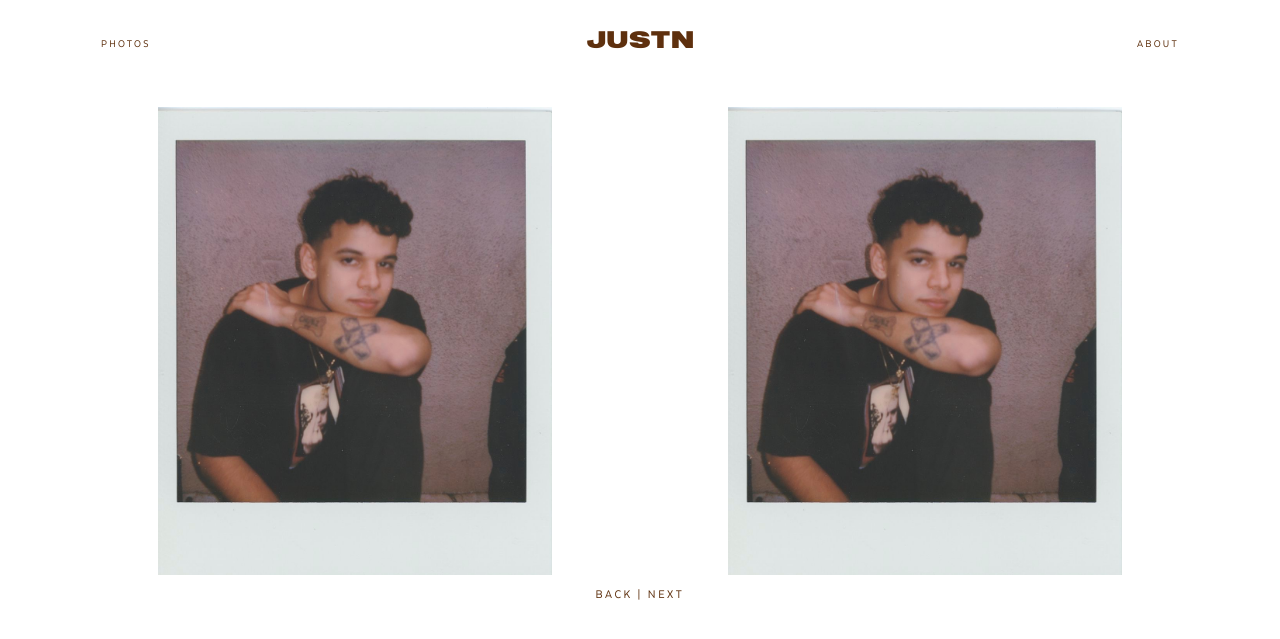
Repository: AviMKabir/justn_2020
Page: about.html
An editor plug-in stored every save of this project. The page is shown before and after the next save, followed by the edit.
The browser window is 1280 px wide. The pictures show the whole page.

Above is the page before, as saved 2020-12-06 17:57:23.

### about.html
<!DOCTYPE html>
<html lang="en">

<head>
    <meta charset="UTF-8">
    <meta name="viewport" content="width=device-width, initial-scale=1.0">
    <link rel="stylesheet" href="https://cdn.jsdelivr.net/npm/bootstrap@4.5.3/dist/css/bootstrap.min.css"
        integrity="sha384-TX8t27EcRE3e/ihU7zmQxVncDAy5uIKz4rEkgIXeMed4M0jlfIDPvg6uqKI2xXr2" crossorigin="anonymous">
    <link rel="stylesheet" href="./CSS/style.css">
    <title>JUSTN</title>
</head>



<body>

    <div class="container">

        <nav class="navbar navbar-expand-md navbar-light hide-for-mobile">
            <div class="navbar-collapse collapse w-100 order-1 order-md-0 dual-collapse2">
                <ul class="navbar-nav mr-auto">
                    <li class="nav-item">
                        <a class="nav-link-new" href="#" role="button" id="dropdownMenuLink" data-toggle="dropdown"
                            aria-haspopup="true" aria-expanded="false">
                            PHOTOS
                        </a>

                        <div class="dropdown-menu" aria-labelledby="dropdownMenuLink">
                            <a class="dropdown-item" href="./portraits.html">- PORTRAITS</a>
                            <a class="dropdown-item" href="./blur.html">- BLUR</a>
                            <a class="dropdown-item" href="./misc.html">- MISC</a>
                        </div>
                    </li>

                </ul>
            </div>
            <div class="mx-auto order-0 nav-pad">
                <a class="navbar-brand-new mx-auto" href="./index.html">JUSTN</a>
                <button class="navbar-toggler" type="button" data-toggle="collapse" data-target=".dual-collapse2">
                    <span class="navbar-toggler-icon"></span>
                </button>
            </div>
            <div class="navbar-collapse collapse w-100 order-3 dual-collapse2">
                <ul class="navbar-nav ml-auto">
                    <li class="nav-item">
                        <a class="nav-link-new" href="#">ABOUT</a>
                    </li>

                </ul>
            </div>
        </nav>

    </div>


    <!-- mobile nav -->
    <nav class="navbar navbar-expand-md navbar-light show-for-mobile">
        <a class="navbar-brand-new " href="./index.html">JUSTN</a>
        <button class="navbar-toggler" type="button" data-toggle="collapse" data-target="#navbarNavDropdown"
            aria-controls="navbarNavDropdown" aria-expanded="false" aria-label="Toggle navigation">
            <span class="navbar-toggler-icon"></span>
        </button>
        <div class="collapse navbar-collapse center-page" id="navbarNavDropdown">
            <ul class="navbar-nav">


                <li class="nav-item dropdown mx-auto ">
                    <a class="nav-link-new-active" href="#" role="button" id="dropdownMenuLink" data-toggle="dropdown"
                        aria-haspopup="true" aria-expanded="false">
                        PHOTOS
                    </a>
                    <!-- <div class="dropdown-menu mx-auto" aria-labelledby="dropdownMenuLink">
                        <a class="dropdown-item mx-auto" href="#">- NEW YORK</a>
                        <a class="dropdown-item mx-auto" href="#">- CALIFORNIA</a>
                        <a class="dropdown-item mx-auto" href="#">- FLORIDA</a>
                    </div> -->
                </li>
                <li class="nav-item mx-auto">
                    <a class="nav-link-new" href="./new-york.html">- PORTRAITS</a>
                </li>
                <li class="nav-item mx-auto">
                    <a class="nav-link-new" href="./california.html">- BLUR</a>
                </li>
                <li class="nav-item mx-auto">
                    <a class="nav-link-new" href="./florida.html">- MISC</a>
                </li>
                <li class="nav-item mx-auto">
                    <a class="nav-link-new" href="#">ABOUT</a>
                </li>
            </ul>
        </div>
    </nav>
    <!-- mobile nav -->

    <!-- slideshow -->

    <div class="container">

        <div id="carouselExampleControls" class="carousel  slideshow-bump  " data-ride="carousel" data-interval="false"
            data-keyboard="true">
            <div class="carousel-inner">
                <div class="carousel-item active">
                    <div class="row">
                        <div class="col">
                        <img class="d-block " src="./img/about.jpg">
                        </div>
                        <div class="col">
                        <img class="d-block " src="./img/about.jpg">
                        </div>
                    </div>
                </div>
            </div>
        </div>

        <div class="controls text-center">
            <span class="controls-new" href="#carouselExampleControls" role="button" data-slide="prev">
                BACK
            </span>
            <span class="controls-new">
                |
            </span>
            <span class="controls-new" href="#carouselExampleControls" role="button" data-slide="next">
                NEXT
            </span>
        </div>




    </div>




    <script src="https://code.jquery.com/jquery-3.5.1.slim.min.js"
        integrity="sha384-DfXdz2htPH0lsSSs5nCTpuj/zy4C+OGpamoFVy38MVBnE+IbbVYUew+OrCXaRkfj"
        crossorigin="anonymous"></script>
    <script src="https://cdn.jsdelivr.net/npm/bootstrap@4.5.3/dist/js/bootstrap.bundle.min.js"
        integrity="sha384-ho+j7jyWK8fNQe+A12Hb8AhRq26LrZ/JpcUGGOn+Y7RsweNrtN/tE3MoK7ZeZDyx"
        crossorigin="anonymous"></script>

    <script>
        $(document).keydown(function (e) {
            if (e.keyCode === 37) {
                // Previous
                $(".carousel-control.left").click();
                return false;
            }
            if (e.keyCode === 39) {
                // Next
                $(".carousel-control.right").click();
                return false;
            }
        });
    </script>

</body>



</html>

### CSS/style.css
@font-face {
    font-family: annonce;
    src: url(../fonts/annonce_w01_regular-webfont.woff);
}

@font-face {
    font-family: textanArrow;
    src: url(../fonts/textanarrow-regular-webfont.woff);
}

@font-face {
    font-family: textanArrowIt;
    src: url(../fonts/textanarrow-it-webfont.woff);
}

a {
    -o-transition: .5s;
    -ms-transition: .5s;
    -moz-transition: .5s;
    -webkit-transition: .5s;
    /* ...and now for the proper property */
    transition: .5s;
}

a:hover {
    color: #014421;
    text-decoration: none;
}

img {
    margin: 0 auto;
    height: 65vh;
}

.navbar-brand-new {
    font-family: 'annonce', Arial, Helvetica, sans-serif;
    font-size: 1.5rem;
    color: #5E300E;
}

.nav-link-new {
    font-family: 'textanArrow', Arial, Helvetica, sans-serif;
    font-size: .7rem;
    color: #5E300E;
    letter-spacing: .2em;
}

.nav-link-new-2 {
    font-family: 'textanArrow', Arial, Helvetica, sans-serif;
    font-size: 1rem;
    color: #5E300E;
    letter-spacing: .2em;
}

.dropdown-menu {
    position: absolute;
    top: 100%;
    left: 0;
    z-index: 1000;
    display: none;
    float: left;
    min-width: 10rem;
    padding: .5rem 0;
    margin: .125rem 0 0;
    font-size: 1rem;
    color: #212529;
    text-align: left;
    list-style: none;
    background-color: #fff;
    background-clip: padding-box;
    border: none !important;
    border-radius: .25rem;
}

.dropdown-menu.show {
    display: block;
    margin-top: -30px;
}

.dropdown-item {
    font-family: 'textanArrowIt', Arial, Helvetica, sans-serif;
    font-size: .7rem;
    color: #5E300E;
}

.dropdown-item:focus, .dropdown-item:hover {
    color: #014421 !important;
    background: none !important;
}

.nav-pad {
    padding: 15px 0;
}

.center-page {
    margin-top: 30%;
}

.navbar-light .navbar-toggler {
    color: #5E300E !important;
    border: none !important;
}

.slideshow-bump {
    margin-top: 25px;
}

.controls-new {
    font-family: 'textanArrow', Arial, Helvetica, sans-serif;
    font-size: .8rem;
    color: #5E300E;
    letter-spacing: .2em;
}

.controls {
    margin-top: 5px;
}

@media (min-width: 576px) {}

@media (max-width: 768px) {
    /* hides the desktop nav */
    .hide-for-mobile {
        display: none;
    }
    .dropdown-item {
        font-family: 'textanArrowIt', Arial, Helvetica, sans-serif;
        font-size: 1rem;
        color: #5E300E;
        letter-spacing: .2em;
    }
    .dropdown-menu.show {
        display: block;
        margin-top: -10px;
    }
    .nav-link-new {
        font-family: 'textanArrow', Arial, Helvetica, sans-serif;
        font-size: 1rem;
        color: #5E300E;
        letter-spacing: .2em;
    }
    .nav-link-new-active {
        font-family: 'textanArrow', Arial, Helvetica, sans-serif;
        font-size: 1rem;
        color: #014421;
        letter-spacing: .2em;
    }
    .img-wide {
        object-fit: cover;
        height: 100%;
        width: 100%;

    }
}

@media (min-width: 768px) {
    /* hides the desktop nav */
    .show-for-mobile {
        display: none;
    }
}

@media (min-width: 992px) {}

@media (min-width: 1200px) {}

After the next save:
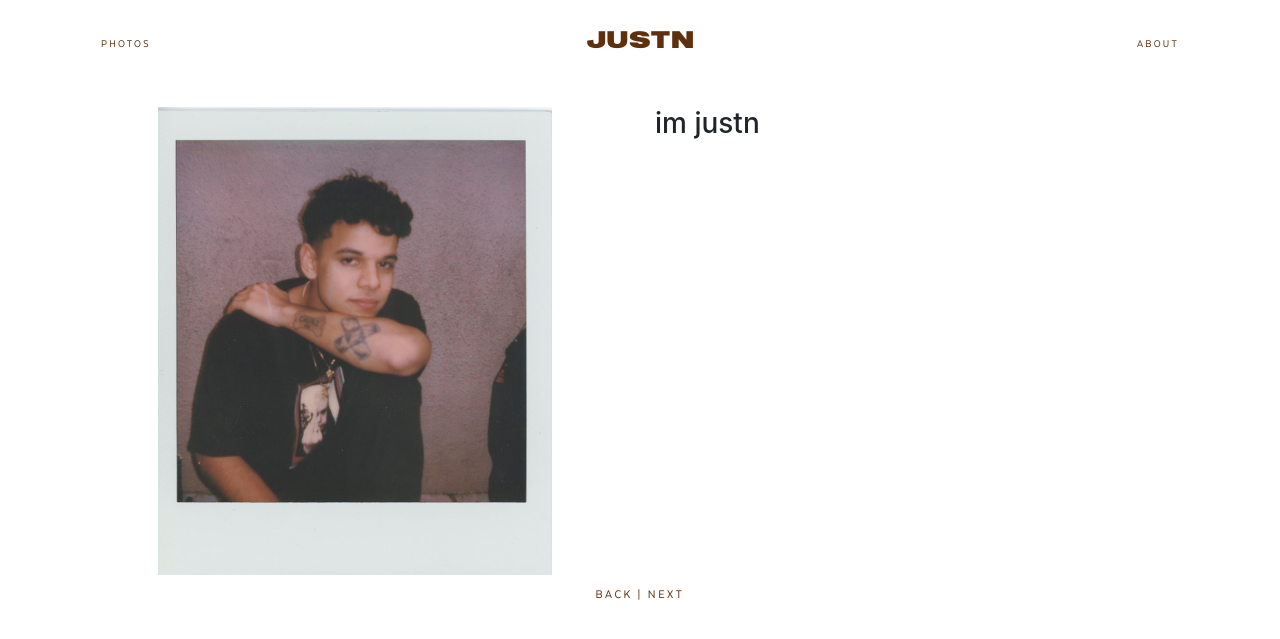
Saved 23 s later.
--- a/about.html
+++ b/about.html
@@ -105,7 +105,7 @@
                         <img class="d-block " src="./img/about.jpg">
                         </div>
                         <div class="col">
-                        <img class="d-block " src="./img/about.jpg">
+                        <h3>im justn</h3>
                         </div>
                     </div>
                 </div>
